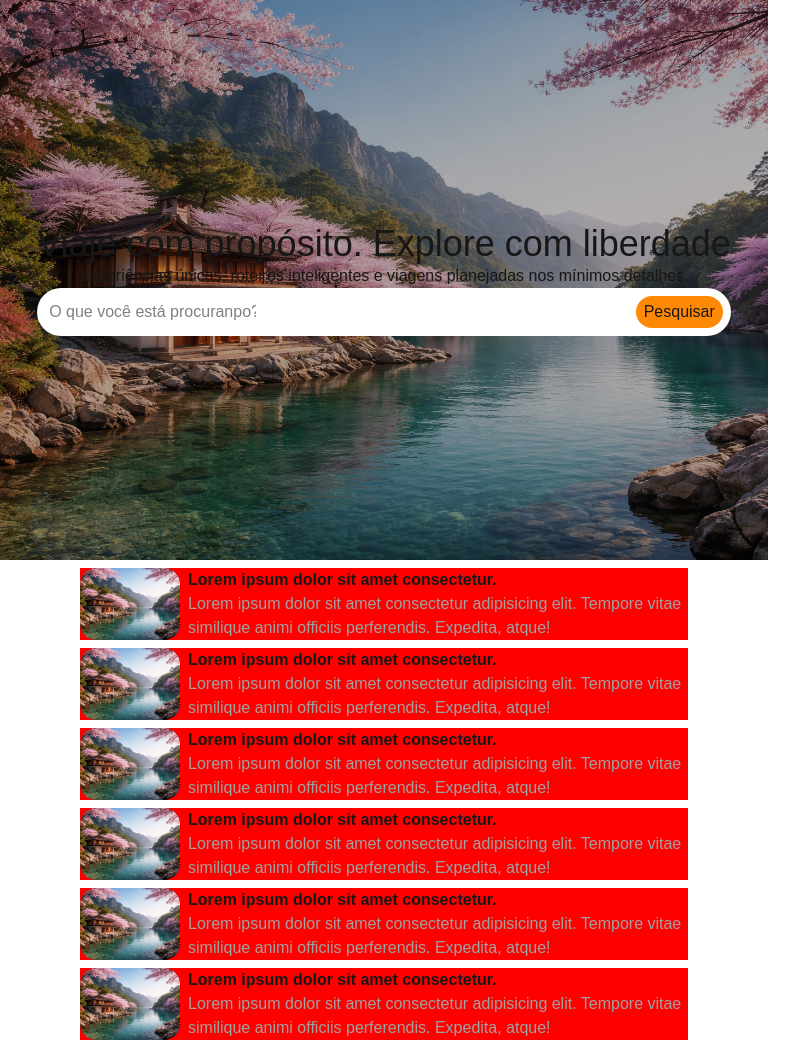
Repository: pedroantoniosi/tripicon-site
Page: /home
The author's editor kept a copy of each file at every save. The page is drawn from the files as they stood at one save, then again after the next save.
The browser window is 768 px wide. The page is 768 px wide, then 796 px, so the pictures cover 796 px, including what lies to the right of the window. The pictures show the whole page.
The project was rebuilt for these pictures with package versions that can differ from the ones it lists, and the page was loaded fresh each time. The framework's server and built-in components were replaced by stand-ins that run in the browser. Also part of the build but not shown: next.config.ts.

Above is the page before, as saved 2026-04-01 21:01:56.

After the next save:
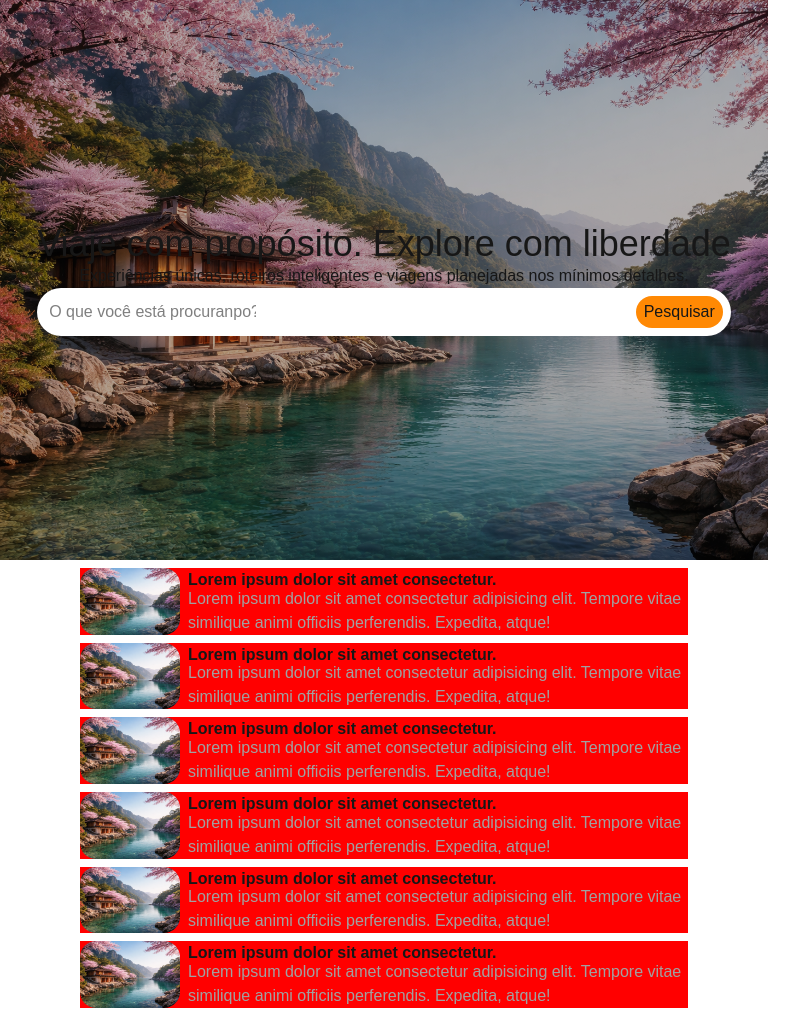
Saved 14 s later.
--- a/src/app/home/page.module.css
+++ b/src/app/home/page.module.css
@@ -41,10 +41,14 @@
     .featuresContainer {
         & .card {
             position: relative;
-            position: relative;
             background-color: red;
 
-            & .title {}
+            & .title {
+                width: 100%;
+                position: absolute;
+                top: 0;
+                z-index: 1;
+            }
         }
     }
 
